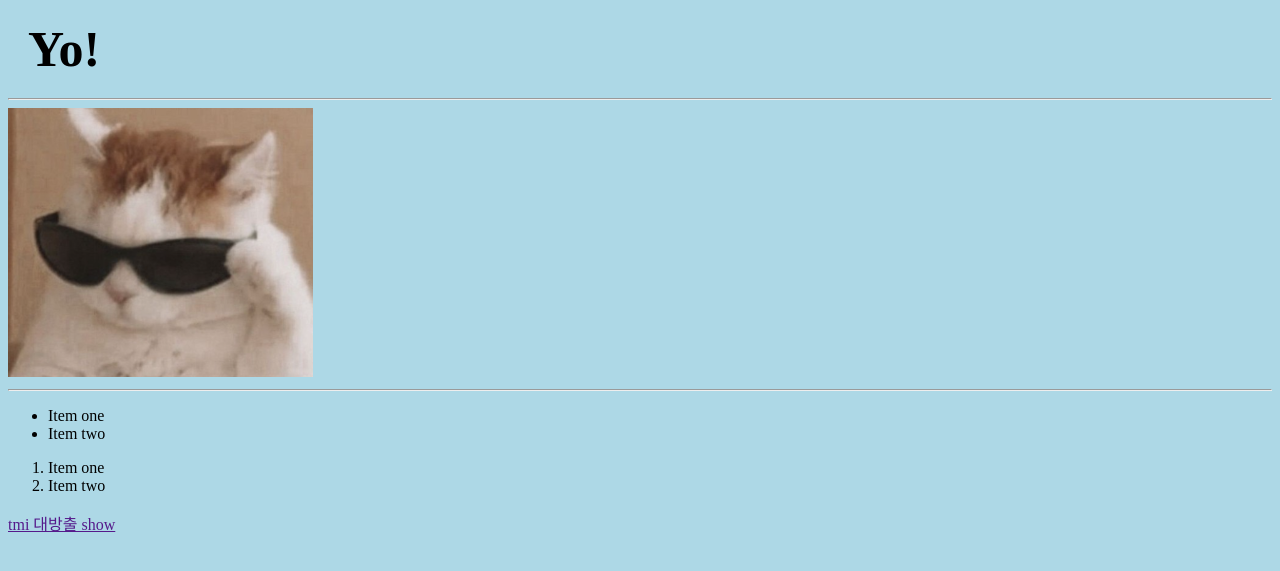
Repository: tjfgk97/sts3
Page: http://localhost/spring-first/hi
The author's editor kept a copy of each file at every save. The page is drawn from the files as they stood at one save, then again after a run of saves.
The browser window is 1280 px wide. The pictures show the whole page.
The page is served by Tomcat 9. Other server files are loaded and not shown.

Above is the page before, as saved 2024-02-01 07:08:02.

### spring-first/src/main/webapp/WEB-INF/views/intro.jsp
<%@ page language="java" contentType="text/html; charset=UTF-8"
    pageEncoding="UTF-8"%>
<!DOCTYPE html>
<html>
<head>
<meta charset="UTF-8">
<title>Intro</title>
<style type="text/css">
@import url("resources/css/intro.css");
</style>
</head>
<body>
	<p>Yo!</p>
	<hr>
	<img alt="" src="resources/images/ganzi.png">
	<hr>
	<div>
<ul>
  <li> Item one </li>
  <li> Item two </li>
</ul>
<ol>
  <li> Item one </li>
  <li> Item two </li>
</ol>


	<a href="">tmi 대방출 show</a>
	</div>

</body>
</html>

### spring-first/src/main/webapp/resources/css/intro.css
@charset "UTF-8";

body {
	background-color: lightblue;
}

p {
	font-size: 50px;
	font-weight: bold;
	margin: 20px 20px;
}

After the next 2 saves:
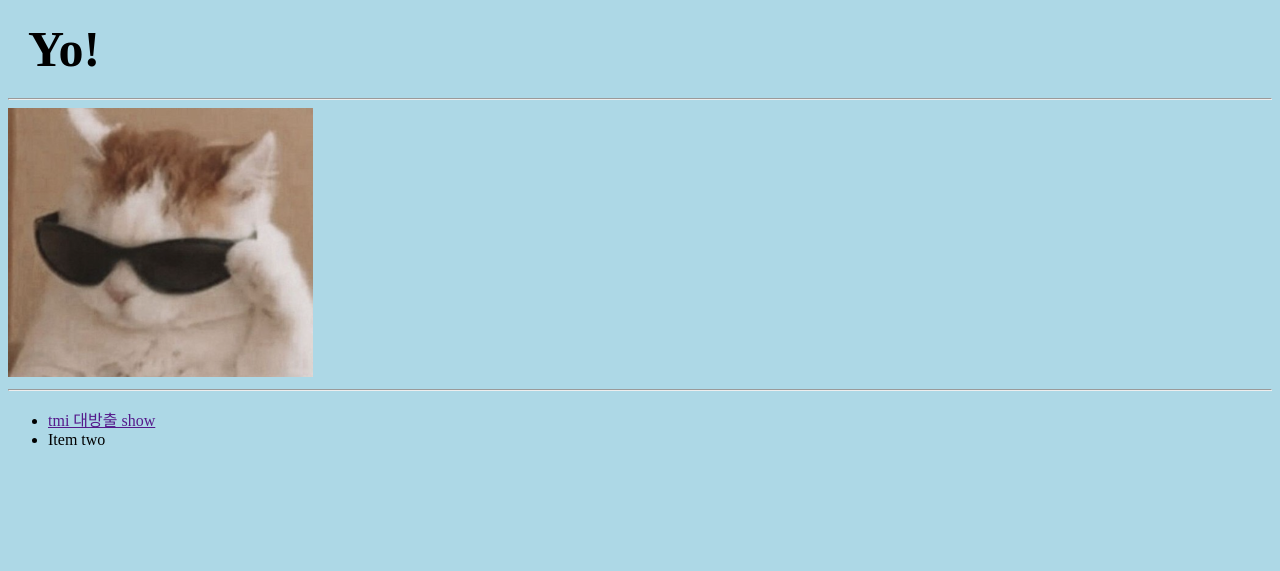
The 2 saves are shown as one change because they came seconds apart.
The last was saved 25 s later.
--- a/spring-first/src/main/webapp/WEB-INF/views/intro.jsp
+++ b/spring-first/src/main/webapp/WEB-INF/views/intro.jsp
@@ -16,16 +16,9 @@
 	<hr>
 	<div>
 <ul>
-  <li> Item one </li>
+  <li><a href="">tmi 대방출 show</a></li>
   <li> Item two </li>
 </ul>
-<ol>
-  <li> Item one </li>
-  <li> Item two </li>
-</ol>
-
-
-	<a href="">tmi 대방출 show</a>
 	</div>
 
 </body>
